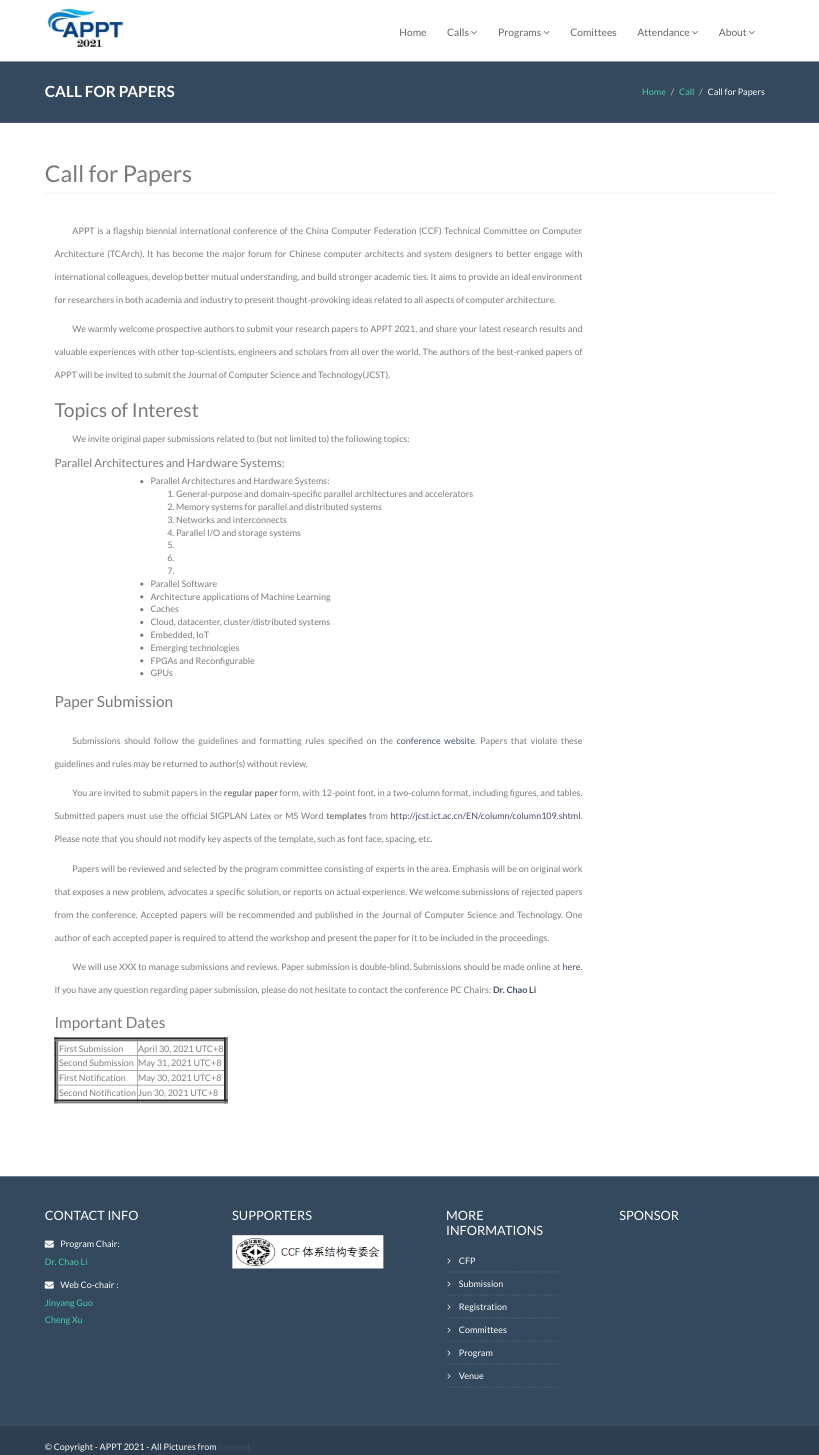
Repository: APPT2021/APPT2021.github.io
Page: call-papers.html
An editor plug-in stored every save of this project. The page is shown before and after the next save, followed by the edit.
The browser window is 1280 px wide. The pictures show the whole page, at 64% of full size.

Above is the page before, as saved 2021-03-25 00:29:35.
Console error: ReferenceError: jQuery is not defined

### call-papers.html
<!DOCTYPE html>
<html lang="en">
  <head>
	  <script type="text/javascript" src="js/common/description.js"></script>

	  <script src="https://cdn.bootcss.com/semantic-ui/2.4.1/semantic.js"></script>
    	<link href="https://cdn.bootcss.com/semantic-ui/2.4.1/semantic.css" rel="stylesheet">

    <!-- Bootstrap core CSS -->
    <link href="css\bootstrap.min.css" rel="stylesheet">
    <link href="css\theme.css" rel="stylesheet">
    <link href="css\bootstrap-reset.css" rel="stylesheet">
    <!--external css-->
    <link href="assets\font-awesome\css\font-awesome.css" rel="stylesheet">
    <link rel="stylesheet" href="css\flexslider.css">
    <link href="assets\bxslider\jquery.bxslider.css" rel="stylesheet">
    <link rel="stylesheet" href="css\animate.css">
    <link href='http://fonts.googleapis.com/css?family=Lato' rel='stylesheet' type='text/css'>



      <!-- Custom styles for this template -->
    <link rel="stylesheet" type="text/css" href="css\component.css">
    <link href="css\style.css" rel="stylesheet">
    <link href="css\style-responsive.css" rel="stylesheet">

    <!-- HTML5 shim and Respond.js IE8 support of HTML5 tooltipss and media queries -->
    <!--[if lt IE 9]>
      <script src="js/html5shiv.js"></script>
      <script src="js/respond.min.js"></script>
    <![endif]-->
    <style type="text/css">
<!--
.STYLE1 {	font-size: 24px;
	font-weight: bold;
}
.STYLE2 {	font-size: 16px;
	font-weight: bold;
}
.p1{line-height: 27pt;word-wrap: break-word;text-indent: 2em;text-align: justify;}
-->
    </style>
</head>

  <body>
    <!--header start-->
    <script type="text/javascript" src="js/common/header.js"></script>
    <!--header end-->

    <!--breadcrumbs start-->
    <div class="breadcrumbs">
        <div class="container">
            <div class="row">
                <div class="col-lg-4 col-sm-4">
                    <h1>Call for Papers</h1>
                </div>
                <div class="col-lg-8 col-sm-8">
                    <ol class="breadcrumb pull-right">
                        <li><a href="index-real.html">Home</a></li>
						<li><a href="call-summary.html">Call</a></li>
                        <li class="active">Call for Papers</li>
                    </ol>
                </div>
            </div>
        </div>
    </div>
    <!--breadcrumbs end-->

    <!--container start-->
    <div class="component-bg">
        <div class="container">
            <!-- Forms
================================================== -->
<div class="bs-docs-section mar-b-30" style="padding-left: 0%;">
  <h1 id="forms" class="page-header">Call for Papers </h1>
<br>
  <div class="col-lg-9 col-lg-offset-0" itemprop="articleSection" style = "padding-bottom: 10%">
		<p class="p1">
			APPT is a flagship biennial international conference of the China Computer Federation (CCF) Technical Committee on Computer Architecture (TCArch). It has become the major forum for Chinese computer architects and system designers to better engage with international colleagues, develop better mutual understanding, and build stronger academic ties. It aims to provide an ideal environment for researchers in both academia and industry to present thought-provoking ideas related to all aspects of computer architecture.
		</p>
		<p class="p1">
			We warmly welcome prospective authors to submit your research papers to APPT 2021,
			and share your latest research results and valuable experiences with other top-scientists,
			engineers and scholars from all over the world. The authors of the best-ranked papers of APPT will be invited to submit the Journal of
		    Computer Science and Technology(JCST).
		</p>
		<h2>Topics of Interest</h2>
		<p class="p1">We invite original paper submissions related to (but not limited to) the following topics:</p>

		<h4>Parallel Architectures and Hardware Systems:</h4>
		<ul style="margin-left: 150px;">
			<li style=" text-align: justify;">Parallel Architectures and Hardware Systems:
				<ol>
				<li>General-purpose and domain-specific parallel architectures and accelerators</li>
				<li>Memory systems for parallel and distributed systems</li>
				<li>Networks and interconnects</li>
				<li>Parallel I/O and storage systems</li>
				<li></li>
				<li></li>
				<li></li>
				</ol>
			</li>
			<li style=" text-align: justify;">
				Parallel Software
			</li>
			<li style=" text-align: justify;">
				Architecture applications of Machine Learning
			</li>
			<li style=" text-align: justify;">
				Caches
			</li>
			<li style=" text-align: justify;">
				Cloud, datacenter, cluster/distributed systems
			</li>
			<li style=" text-align: justify;">
				Embedded, IoT
			</li>
			<li style=" text-align: justify;">
				Emerging technologies
			</li>
			<li style=" text-align: justify;">
				FPGAs and Reconfigurable
			</li>
			<li style=" text-align: justify;">
				GPUs
			</li>
		</ul>



		<h3>Paper Submission</h3>
		<br>
		<p class="p1">
			Submissions should follow the guidelines and formatting rules
			 specified on the <a href ="http://jcst.ict.ac.cn/EN/column/column107.shtml">conference website</a>.
			 Papers that violate these guidelines and rules may be returned
			 to author(s) without review.
		</p>
		<p class="p1">
		You are invited to submit papers in the <strong>regular paper</strong> form, with 12-point font, in a two-column format, including figures, and tables. Submitted papers must use the official SIGPLAN Latex or MS Word <strong>templates</strong> from
		<a href="http://jcst.ict.ac.cn/EN/column/column109.shtml">http://jcst.ict.ac.cn/EN/column/column109.shtml</a>. Please note that you should
		not modify key aspects of the template, such as font face, spacing, etc.
		</p>
		<p class="p1">
		 Papers will be reviewed and selected by the program committee consisting of experts in the area.
		 Emphasis will be on original work that exposes a new problem, advocates a specific solution,
		  or reports on actual experience. We welcome submissions of rejected papers from the conference.
		  Accepted papers will be recommended and published in the Journal of Computer Science and Technology.
		  One author of each accepted paper is required to attend the workshop and present the paper for it to be included in the proceedings.
		</p>
<p class="p1">
We will use XXX to manage submissions and reviews. Paper submission is double-blind. Submissions should be made online at <a href="https://mc03.manuscriptcentral.com/jcst">here</a>. If you have any question regarding paper submission, please do not hesitate to contact the conference
		PC Chairs: <a href="mailto: chaol@cs.sjtu.edu.cn"><b>Dr. Chao Li</b> </a>
		</p>
		<h3>Important Dates</h3>


		<table role="grid" style="position: relative; color:black" border="6">
			<tbody>
			  <tr style="opacity: 0.5;">
				<td>First Submission</td>
				<td> April 30, 2021 UTC+8 </td>
			  </tr>
			  <tr style="opacity: 0.5;">
				<td>Second Submission</td>
				<td>May 31, 2021 UTC+8</td>
			  </tr>
			  <tr style="opacity: 0.5;">
				<td>First Notification</td>
				<td>May 30, 2021 UTC+8</td>
			  </tr>
			  <tr style="opacity: 0.5;">
				<td>Second Notification</td>
				<td>Jun 30, 2021 UTC+8</td>
			  </tr>
			</tbody>
		 </table>
<!--
		<h3>Camera Ready Submission / Author Kit</h3>
		<p style="text-align: justify; ">
		For the accepted papers to be included in the proceedings, the camera-ready version must be submitted by using the recommended format. The final PDF has to conform to the requirements for publishing on IEEE Xplore. In addition, the IEEE copyright form has to be submitted and at least one author of the paper must register to the conference at a full rate. The registration must cover any over-length page charge. All the steps listed above must be completed by <b>August 2nd, 2020</b>.
		</p>
		<p style="text-align: justify; ">
		Please note that <i>we will not be able to include your paper in the conference proceedings or in IEEE Xplore if you do not follow the instructions below. The conference organizer also reserves the right to exclude a paper from distribution after the conference (e.g., removal from IEEE Xplore) if it is not presented at the conference.</i>
		</p>

		<h3>Best Paper Award</h3>
		<p style=" text-align: justify;">
		All accepted papers SRDS will compete for the "Prof. C. V. Ramamoorthy Best Paper Award". The SRDS Best Paper is named after Prof. Chittoor V. Ramamoorthy, who was instrumental in the 80's for the success of SRDS, many of his former students have also significantly contributed to the conference.
		</p>

		<p style=" text-align: justify;">
		In addition, the authors of the best ranked papers of SRDS will be invited to submit extended versions of their papers to IEEE Transactions on Dependable and Secure Computing.
		</p>

		<p>&nbsp;</p>
		<h3>SRDS 2020 PC Chairs</h3>
		<p>&nbsp;</p>

		<div class="ui three column grid">
			<div class="column">
				<div class="ui card">
				<a class="image" href="http://web.cs.iastate.edu/~borzoo/" target="_blank">
					<img src="img/committees/borzoo.jpg">
				</a>
				<div class="content">
					<a class="header" href="http://web.cs.iastate.edu/~borzoo/" target="_blank">Borzoo Bonakdarpour</a>
					<div class="meta">
					<a>Iowa State University, USA</a>
					</div>
				</div>
				</div>
			</div>
			<div class="column">
				<div class="ui card">
				<a class="image" href="http://www.cs.sjtu.edu.cn/~lichao/" target="_blank">
					<img src="img/committees/li.jpg">
				</a>
				<div class="content">
					<a class="header" href="http://www.cs.sjtu.edu.cn/~lichao/" target="_blank">Chao Li</a>
					<div class="meta">
					<a>Shanghai Jiao Tong University</a>
					</div>
				</div>
				</div>
			</div>
			<div class="column">
				<div class="ui card">
				<a class="image" href="http://vukolic.com/" target="_blank">
					<img src="img/committees/marko.jpg">
				</a>
				<div class="content">
					<a class="header" href="http://vukolic.com/" target="_blank">Marko Vukolić</a>
					<div class="meta">
					<a>IBM Research-Zurich, Switzerland</a>
					</div>
				</div>
				</div>
			</div>
		</div>

	</div>
  <p>&nbsp;</p>
  <!-- /.bs-example -->
</div>
        </div>
    </div>
    <!--container end-->

	<script type="text/javascript" src="js/common/footer.js"></script>

  <!-- js placed at the end of the document so the pages load faster -->
    <script src="js\jquery.js"></script>
    <script src="js\bootstrap.min.js"></script>
    <script type="text/javascript" src="js\hover-dropdown.js"></script>
    <script defer="" src="js\jquery.flexslider.js"></script>
    <script type="text/javascript" src="assets\bxslider\jquery.bxslider.js"></script>

    <script src="js\jquery.easing.min.js"></script>
    <script src="js\link-hover.js"></script>


     <!--common script for all pages-->
    <script src="js\common-scripts.js"></script>
    <script src="js\wow.min.js"></script>
    <script>
        wow = new WOW(
          {
            boxClass:     'wow',      // default
            animateClass: 'animated', // default
            offset:       0          // default
          }
        )
        wow.init();
    </script>


  </body>
</html>

### css/theme.css
body {
  padding-top: 70px;
  padding-bottom: 30px;
}

.theme-dropdown .dropdown-menu {
  display: block;
  position: static;
  margin-bottom: 20px;
}

.theme-showcase > p > .btn {
  margin: 5px 0;
}

### css/flexslider.css
/*
 * jQuery FlexSlider v2.0
 * http://www.woothemes.com/flexslider/
 *
 * Copyright 2012 WooThemes
 * Free to use under the GPLv2 license.
 * http://www.gnu.org/licenses/gpl-2.0.html
 *
 * Contributing author: Tyler Smith (@mbmufffin)
 */


/* Browser Resets */
.flex-container a:active,
.flexslider a:active,
.flex-container a:focus,
.flexslider a:focus  {outline: none;}
.slides,
.flex-control-nav,
.flex-direction-nav {margin: 0; padding: 0; list-style: none;}

/* FlexSlider Necessary Styles
*********************************/
.flexslider {margin: 0; padding: 0;}
.flexslider .slides > li {display: none; -webkit-backface-visibility: hidden;} /* Hide the slides before the JS is loaded. Avoids image jumping */
.flexslider .slides img {width: 100%; display: block;}
.flex-pauseplay span {text-transform: capitalize;}

/* Clearfix for the .slides element */
.slides:after {content: "."; display: block; clear: both; visibility: hidden; line-height: 0; height: 0;}
html[xmlns] .slides {display: block;}
* html .slides {height: 1%;}

/* No JavaScript Fallback */
/* If you are not using another script, such as Modernizr, make sure you
 * include js that eliminates this class on page load */
.no-js .slides > li:first-child {display: block;}


/* FlexSlider Default Theme
*********************************/
.flexslider {margin: 0 0 0px; background: #fff; border: 4px solid #fff; position: relative; -webkit-border-radius: 4px; -moz-border-radius: 4px; -o-border-radius: 4px; border-radius: 4px; zoom: 1;}
.flex-viewport {max-height: 2000px; -webkit-transition: all 1s ease; -moz-transition: all 1s ease; transition: all 1s ease;}
.loading .flex-viewport {max-height: 300px;}
.flexslider .slides {zoom: 1;}

.carousel li {margin-right: 5px}


/* Direction Nav */
.flex-direction-nav {*height: 0;}

.flex-direction-nav a {width: 30px; height: 30px; margin: -20px 0 0; display: block; background: url(../img/bg_direction_nav.png) no-repeat 0 0; position: absolute; top: 50%; z-index: 10; cursor: pointer; text-indent: -9999px; opacity: 0; -webkit-transition: all .3s ease;}

.flex-direction-nav .flex-next {background-position: 100% 0; right: -36px; }
.flex-direction-nav .flex-prev {left: -36px;}
.flexslider:hover .flex-next {opacity: 0.8; right: 5px;}
.flexslider:hover .flex-prev {opacity: 0.8; left: 5px;}
.flexslider:hover .flex-next:hover, .flexslider:hover .flex-prev:hover {opacity: 1;}
.flex-direction-nav .flex-disabled {opacity: .3!important; filter:alpha(opacity=30); cursor: default;}

/* Control Nav */
.flex-control-nav {width: 100%; position: absolute; bottom: -40px; text-align: center;}
.flex-control-nav li {margin: 0 6px; display: inline-block; zoom: 1; *display: inline;}
.flex-control-paging li a {width: 11px; height: 11px; display: block; background: #666; background: rgba(0,0,0,0.5); cursor: pointer; text-indent: -9999px; -webkit-border-radius: 20px; -moz-border-radius: 20px; -o-border-radius: 20px; border-radius: 20px; box-shadow: inset 0 0 3px rgba(0,0,0,0.3);}
.flex-control-paging li a:hover { background: #333; background: rgba(0,0,0,0.7); }
.flex-control-paging li a.flex-active { background: #000; background: rgba(0,0,0,0.9); cursor: default; }

.flex-control-thumbs {margin: 5px 0 0; position: static; overflow: hidden;}
.flex-control-thumbs li {width: 25%; float: left; margin: 0;}
.flex-control-thumbs img {width: 100%; display: block; opacity: .7; cursor: pointer;}
.flex-control-thumbs img:hover {opacity: 1;}
.flex-control-thumbs .flex-active {opacity: 1; cursor: default;}

@media screen and (max-width: 860px) {
  .flex-direction-nav .flex-prev {opacity: 1; left: 0;}
  .flex-direction-nav .flex-next {opacity: 1; right: 0;}
}

### css/style-responsive.css
@media (min-width: 768px) and (max-width: 980px) {
    .col-4 .item {
        width: 47%;
        margin-right: 2%;
        margin-bottom: 2%;
    }
}

@media (max-width: 768px) {


    .navbar-toggle {
        margin-top: 12px;
    }

    .head-section .navbar-collapse  ul.navbar-nav {
        float: none;
        margin-left: 0;
    }

    .head-section .nav li a:hover,
    .head-section .nav li a:focus,
    .head-section .nav li a.dropdown-toggle:focus,
    .head-section .nav li a.dropdown-toggle .dropdown-menu li a:hover,
    .head-section .nav li.active a,
    .head-section .dropdown-menu li a:hover {
        color: #fff !important;
    }

    .head-section .navbar-nav > li {
        padding: 0;
        margin-bottom: 2px;
    }

    .head-section .nav li ul.dropdown-menu li a {
        margin-left: 0px;
        color: #999!important; ;
    }

    .head-section .nav li .dropdown-menu li a:hover, .head-section .nav li .dropdown-menu li.active a {
        color: #fff !important;
    }

    .purchase-btn, .about-testimonial {
        margin-top: 10px;
    }

    .breadcrumb.pull-right{
        padding: 0;
    }

    .search, .bx-controls-direction {
        display: none;
    }

    .tweet-box {
        margin-bottom: 20px;
    }

    .property img {
        width: 80%;
    }

    .bx-wrapper {
        margin-bottom: 60px;
    }

    .purchase-btn, .about-testimonial {
        margin-top: 0;
    }

    .purchase-btn {
        line-height: 98px;
    }

    .social-link-footer li a {
        font-size: 16px;
        height: 40px;
        width: 40px;
    }

    .navbar-header {
        float: none;
        text-align: center;
        width: 100%;
        margin: 10px 0;
    }

    .navbar-brand {
        float: none;

    }

    .carousel-control {
        font-size: 45px;
        line-height: 70px;
    }

    .btn, .form-control {
        margin-bottom: 10px;
    }



}


@media (max-width: 480px) {

    .head-section .navbar {
        min-height: 60px;
    }

    .navbar-toggle {
        margin-right: -10px;
    }

    .head-section .nav li .dropdown-menu li a:hover {
        color: #48C9B0 !important;
    }

    .navbar-brand {
        margin-top: 10px !important;
        float: left !important;
    }

    .col-4 .item {
        width: 100%;
        margin-right: 0%;
        margin-bottom: 2%;
    }

    .breadcrumb.pull-right{
        float: left !important;
        margin-top: 10px;
        padding: 0;
    }

    .carousel-control {
        font-size: 23px;
        line-height: 38px;
    }
}

@media (max-width:320px) {


}



@media (max-width: 900px) {
    /*Slider Sequence*/
    #sequence-theme .info {
        top:80px !important;
        width:60% !important;
        margin-right:50px;
    }

    /*Slider Parallax*/
    .da-slide .da-img {
        display:none;
    }
}

@media (max-width: 450px) {
    /*Slider Sequence*/
    #sequence-theme .info {
        top:70px !important;
        width:70% !important;
        margin-right:25px;
    }
    #sequence-theme h2 {
        font-size:30px !important;
    }
    #sequence-theme .info p {
        font-size:18px !important;
    }

    /*Slider Parallax*/
    .da-slide p {
        display:none;
    }
}

Loaded but not shown: css/bootstrap.min.css (library); css/bootstrap-reset.css (library); assets/font-awesome/css/font-awesome.css (library); assets/bxslider/jquery.bxslider.css (library); css/animate.css (library); js/jquery.js (library); js/bootstrap.min.js (library); assets/bxslider/jquery.bxslider.js (library); js/jquery.easing.min.js (library); js/wow.min.js (library); js/jquery.flexslider.js (library); js/link-hover.js (621 lines, source omitted); js/common/header.js (79 lines, source omitted); js/common/footer.js (83 lines, source omitted); js/hover-dropdown.js (135 lines, source omitted); js/common/description.js (11 lines, source omitted); js/common-scripts.js (42 lines, source omitted); css/style.css (2977 lines, source omitted); css/component.css (1591 lines, source omitted)

After the next save:
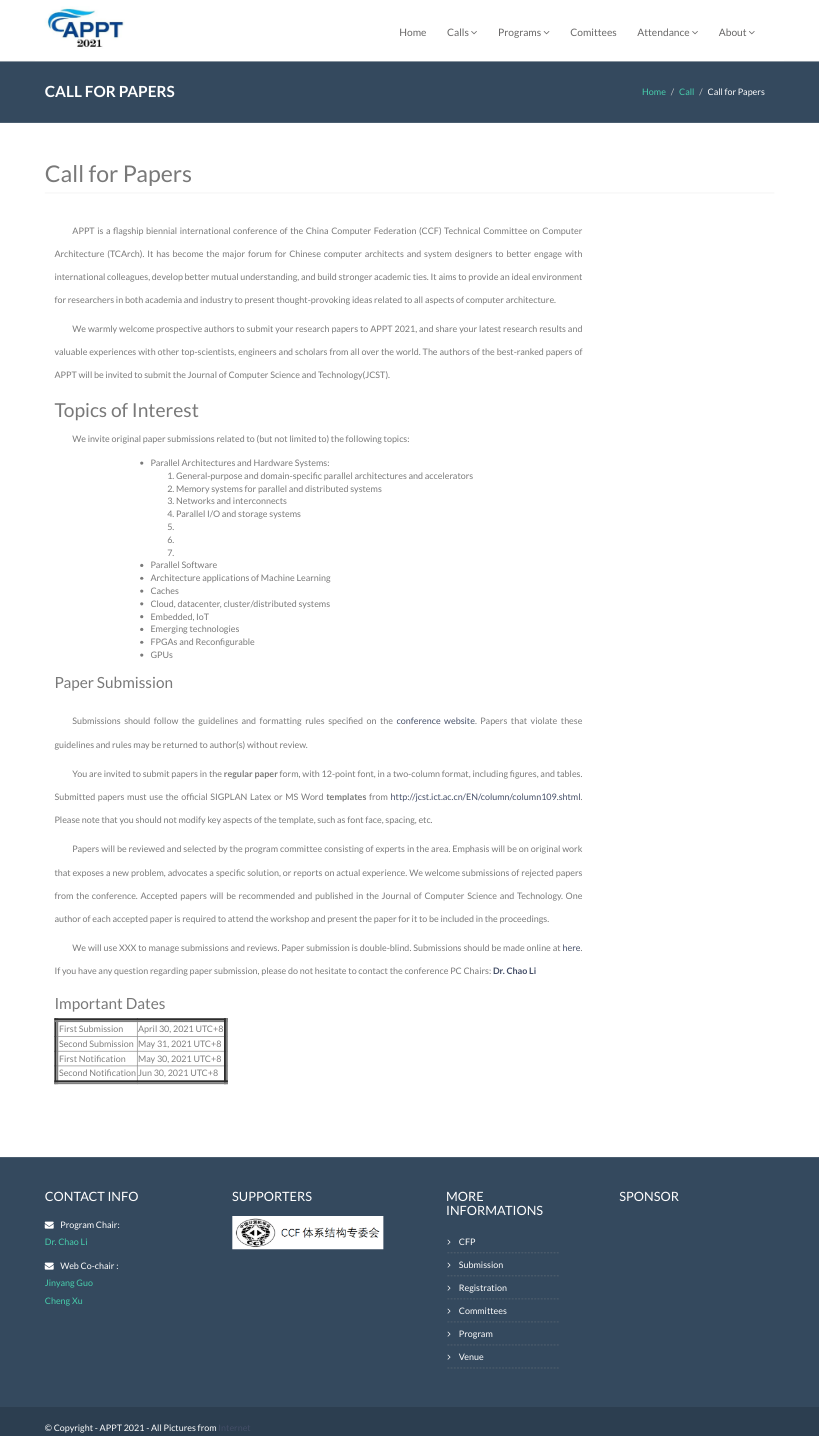
Saved 17 s later.
--- a/call-papers.html
+++ b/call-papers.html
@@ -87,7 +87,7 @@
 		<h2>Topics of Interest</h2>
 		<p class="p1">We invite original paper submissions related to (but not limited to) the following topics:</p>
 
-		<h4>Parallel Architectures and Hardware Systems:</h4>
+
 		<ul style="margin-left: 150px;">
 			<li style=" text-align: justify;">Parallel Architectures and Hardware Systems:
 				<ol>
